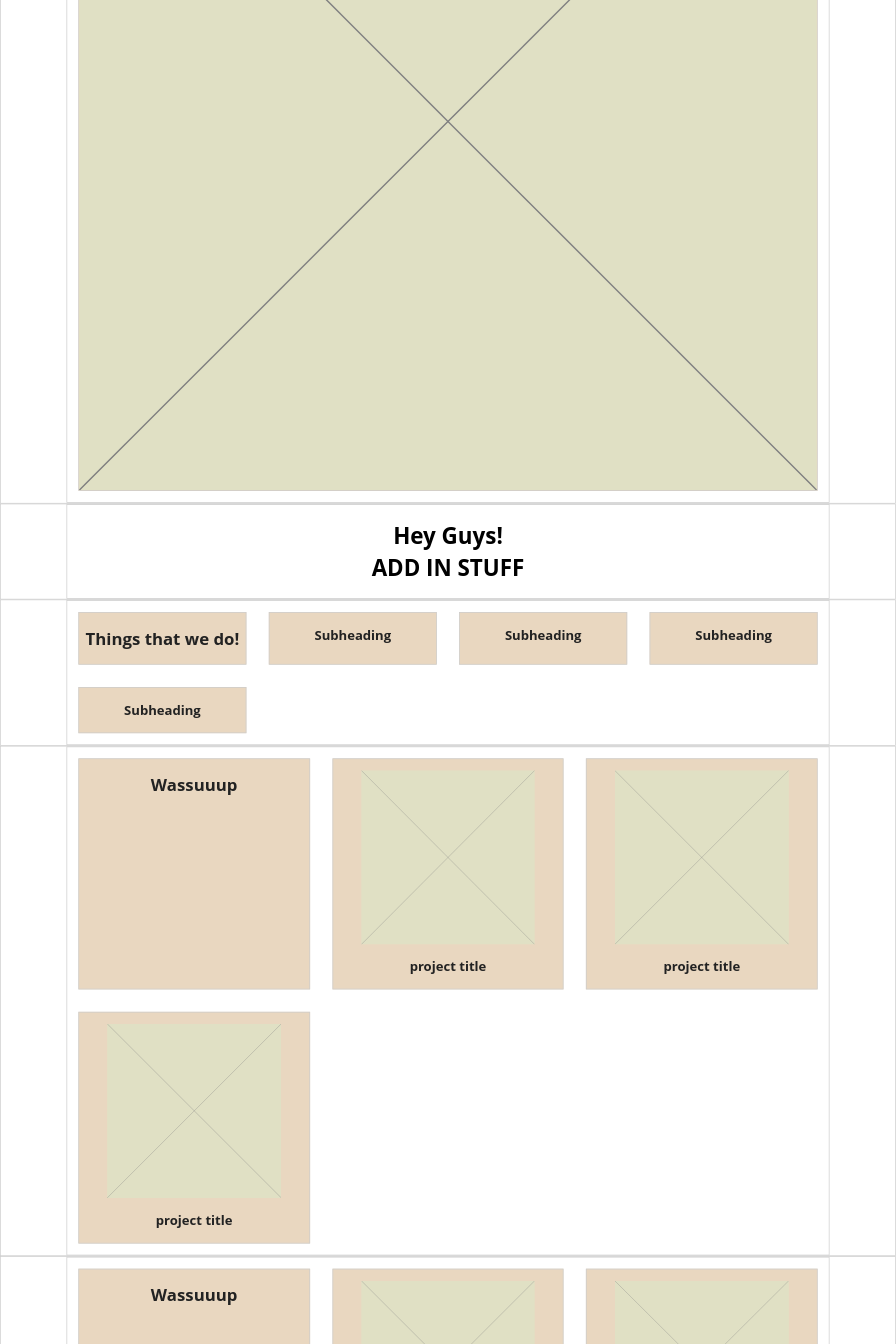
Repository: eilidhma/metrolics
Page: index.html
An editor plug-in stored every save of this project. The page is shown before and after the next save, followed by the edit.
The browser window is 1280 px wide. The pictures show the part of the page from y = 399 to 2319 px (the page is 3907 px tall), at 70% of full size.

Above is the page before, as saved 2021-02-02 17:33:16.

### index.html
<!doctype html>
<html class="no-js" lang="en">

<head>
  <meta charset="utf-8">
  <title>Metrolics</title>
  <meta name="description" content="">
  <meta name="viewport" content="width=device-width, initial-scale=1">

  <meta property="og:title" content="">
  <meta property="og:type" content="">
  <meta property="og:url" content="">
  <meta property="og:image" content="">

  <link rel="manifest" href="site.webmanifest">
  <link rel="apple-touch-icon" href="icon.png">
  <!-- Place favicon.ico in the root directory -->

  <link rel="stylesheet" href="css/normalize.css">
  <link rel="stylesheet" href="css/main.css">

  <meta name="theme-color" content="#fafafa">
</head>

<!--
<body class="page__home">
  <header class="page__header">
    <div class="page__title">
      <h1 class="large__headings">Metrolics</h1>
      <img src="" alt="metrolics__logo" class="header__icon">
    </div>
    <nav class="page__navigation">
      <ul class="navigation__section">
        <li class="navigation_items">
          <img src="" alt="home__icon" class="nav__icons">
          <p class="nav__titles">Home</p>
        </li>
        <li class="navigation_items">
          <img src="" alt="pages__icon" class="nav__icons">
          <p class="nav__titles">Pages</p>
        </li>
        <li class="navigation_items">
          <img src="" alt="blog__icon" class="nav__icons">
          <p class="nav__titles">Blog</p>
        </li>
        <li class="navigation_items">
          <img src="" alt="portfolio__icon" class="nav__icons">
          <p class="nav__titles">Portfolio</p>
        </li>
        <li class="navigation_items">
          <img src="" alt="mail__icon" class="nav__icons">
          <p class="nav__titles">Home</p>
        </li>
      </ul>
    </nav>
  </header>

  <section class="hero__section">
    <img src="" alt="hero__images">
    <ul class="hero__headings">
      <li>
        <div class="hero__headings__colour1"></div>
        <h2 class="medium__headings">Metro Style</h2>
      </li>
      <li>
        <div class="hero__headings__colour2"></div>
        <h2 class="medium__headings">Retina Ready</h2>
      </li>
      <li>
        <div class="hero__headings__colour3"></div>
        <h2 class="medium__headings">Responsive Design</h2>
      </li>
    </ul>
    <a class="prev" onclick="">
      <img src="" alt="previous button" class="prev__icon">
    </a>
    <a class="next" onclick="">
      <img src="" alt="next button" class="next__icon">
    </a>
  </section>

  <main class="page__main">
    <div class="page__intro">
      <div class="row">
        <h1 class="large__headings">Hey guys! This is the Metrolics theme. <br>
        It sports a responsive layout with a mobile layout.</h1>
      </div>
    </div>
    <section class="main__content__four__columns">
      <h2 class="medium__headings">Things That We Do</h2>
      <p class="main__text">Ask us what we can do for you</p>
      <div class="four__column__item">
        <img src="" alt="icon" class="four__column__icon">
        <h3 class="four__column__headers">Web Solutions</h3>
        <p class="main__text">"Lorem ipsum dolor sit amet, consectetur adipiscing elit, sed do eiusmod tempor incididunt ut labore et dolore magna aliqua. Ut enim ad minim veniam, quis nostrud exercitation ullamco laboris nisi ut aliquip ex ea commodo consequat."Lorem ipsum dolor sit amet, consectetur adipiscing elit, sed do eiusmod tempor incididunt ut labore et dolore magna aliqua. Ut enim ad minim veniam, quis nostrud exercitation ullamco laboris nisi ut aliquip ex ea commodo consequat.</p>
      </div>
      <div class="four__column__item">
        <img src="" alt="icon" class="four__column__icon">
        <h3 class="four__column__headers">Photography</h3>
        <p class="main__text">"Lorem ipsum dolor sit amet, consectetur adipiscing elit, sed do eiusmod tempor incididunt ut labore et dolore magna aliqua. Ut enim ad minim veniam, quis nostrud exercitation ullamco laboris nisi ut aliquip ex ea commodo consequat."Lorem ipsum dolor sit amet, consectetur adipiscing elit, sed do eiusmod tempor incididunt ut labore et dolore magna aliqua. Ut enim ad minim veniam, quis nostrud exercitation ullamco laboris nisi ut aliquip ex ea commodo consequat.</p>
      </div>
      <div class="four__column__item">
        <img src="" alt="icon" class="four__column__icon">
        <h3 class="four__column__headers">Web Development</h3>
        <p class="main__text">"Lorem ipsum dolor sit amet, consectetur adipiscing elit, sed do eiusmod tempor incididunt ut labore et dolore magna aliqua. Ut enim ad minim veniam, quis nostrud exercitation ullamco laboris nisi ut aliquip ex ea commodo consequat."Lorem ipsum dolor sit amet, consectetur adipiscing elit, sed do eiusmod tempor incididunt ut labore et dolore magna aliqua. Ut enim ad minim veniam, quis nostrud exercitation ullamco laboris nisi ut aliquip ex ea commodo consequat.</p>
      </div>
      <div class="four__column__item">
        <img src="" alt="icon" class="four__column__icon">
        <h3 class="four__column__headers">Web Design</h3>
        <p class="main__text">"Lorem ipsum dolor sit amet, consectetur adipiscing elit, sed do eiusmod tempor incididunt ut labore et dolore magna aliqua. Ut enim ad minim veniam, quis nostrud exercitation ullamco laboris nisi ut aliquip ex ea commodo consequat."Lorem ipsum dolor sit amet, consectetur adipiscing elit, sed do eiusmod tempor incididunt ut labore et dolore magna aliqua. Ut enim ad minim veniam, quis nostrud exercitation ullamco laboris nisi ut aliquip ex ea commodo consequat.</p>
      </div>
    </section>

    <h2 class="medium__headings">What's Up Lately?</h2>
    <p class="main__text">Read up on our latest work</p>

    <section class="main__content__three__columns">
      <div class="three__column__item">
        <img src="" alt="image" class="content__image">
        <div class="corner__content">
          <h3 class="three__column__headers">29</h3>
          <h6 class="subtext">Nov, 2013</h6>
        <div class="content__caption">
          <h3 class="content__title">Sample Image Post</h3>
          <p class="content__text">Photography</p>
        </div>
        </div>
      </div>
      <div class="three__column__item">
        <img src="" alt="image" class="content__image">
        <div class="corner__content">
          <h3 class="three__column__headers">29</h3>
          <h6 class="subtext">Nov, 2013</h6>
        </div>
        <div class="content__caption">
          <h3 class="content__title">Sample Image Post</h3>
          <p class="content__text">Photography</p>
        </div>
      </div>
      <div class="three__column__item">
        <img src="" alt="image" class="content__image">
        <div class="corner__content">
          <h3 class="three__column__headers">29</h3>
          <h6 class="subtext">Nov, 2013</h6>
        </div>
        <div class="content__caption">
          <h3 class="content__title">Sample Image Post</h3>
          <p class="content__text">Photography</p>
        </div>
      </div>
    </section>

   <hr>

    <h2 class="medium__headings">Our Latest Projects</h2>
    <p class="main__text">Client happy? We are happy</p>

    <section class="main__content__six__columns">
      <div class="six__column__item">
        <img src="" alt="image" class="content__image">
        <div class="content__caption">
          <h3 class="content__title">Sample Image Post</h3>
          <p class="content__text">Photography</p>
        </div>
      </div>
      <div class="six__column__item">
        <div class="content__caption">
          <h3 class="content__title">Sample Image Post</h3>
          <p class="content__text">Photography</p>
        </div>
      </div>
      <div class="six__column__item">
        <div class="content__caption">
          <h3 class="content__title">Sample Image Post</h3>
          <p class="content__text">Photography</p>
        </div>
      </div>
      <div class="six__column__item">
        <div class="content__caption">
          <h3 class="content__title">Sample Image Post</h3>
          <p class="content__text">Photography</p>
        </div>
      </div>
      <div class="six__column__item">
        <div class="content__caption">
          <h3 class="content__title">Sample Image Post</h3>
          <p class="content__text">Photography</p>
        </div>
      </div>
      <div class="six__column__item">
        <div class="content__caption">
          <h3 class="content__title">Sample Image Post</h3>
          <p class="content__text">Photography</p>
        </div>
      </div>
    </section>

    <h2 class="medium__headings">Thingsofabove</h2>
    <p class="main__text">Misc stuff we could not put anywhere else</p>

    <section class="detailed_content">
      <div class="menus">
        <details class="menus__items">
          <summary class="menu__titles">Sample Accordion Menu</summary>
          <img src="" alt="menu item icon" class="menu__icons">
          <h4 class="menu__content__titles">Web Solution</h4>
          <p class="menu__content__text">"Lorem ipsum dolor sit amet, consectetur adipiscing elit, sed do eiusmod tempor incididunt ut labore et dolore magna aliqua. Ut enim ad minim veniam, quis nostrud exercitation ullamco laboris nisi ut aliquip ex ea commodo consequat."Lorem ipsum dolor sit amet, consectetur adipiscing elit, sed do eiusmod tempor incididunt ut labore et dolore magna aliqua. Ut enim ad minim veniam, quis nostrud exercitation ullamco laboris nisi ut aliquip ex ea commodo consequat.</p>
        </details>
        <details class="menus__items">
          <summary class="menu__titles">Sample Accordion Menu 2</summary>
          <img src="" alt="menu item icon" class="menu__icons">
          <h4 class="menu__content__titles"></h4>
          <p class="menu__content__text"></p>
        </details>
        <details class="menus__items">
          <summary class="menu__titles">Sample Accordion Menu 3</summary>
          <img src="" alt="menu item icon" class="menu__icons">
          <h4 class="menu__content__titles"></h4>
          <p class="menu__content__text"></p>
        </details>
      </div>
      <div class="tabs">
        <nav class="tab__nav">
          <button class="tab__buttons" onclick="">Tab1</button>
          <button class="tab__buttons" onclick="">Tab2</button>
          <button class="tab__buttons" onclick="">Tab3</button>
        </nav>
        <div class="tab__content">
          <div class="tab__items">
            <img src="" alt="icon" class="tab__icons">
            <p class="tab__text">"Lorem ipsum dolor sit amet, consectetur adipiscing elit, sed do eiusmod tempor incididunt ut labore et dolore magna aliqua. Ut enim ad minim veniam, quis nostrud exercitation ullamco laboris nisi ut aliquip ex ea commodo consequat. </p>
          </div>
          <div class="tab__items">
            <img src="" alt="icon" class="tab__icons">
            <p class="tab__text">"Lorem ipsum dolor sit amet, consectetur adipiscing elit, sed do eiusmod tempor incididunt ut labore et dolore magna aliqua. Ut enim ad minim veniam, quis nostrud exercitation ullamco laboris nisi ut aliquip ex ea commodo consequat. </p>
          </div>
          <div class="tab__items">
            <img src="" alt="icon" class="tab__icons">
            <p class="tab__text">"Lorem ipsum dolor sit amet, consectetur adipiscing elit, sed do eiusmod tempor incididunt ut labore et dolore magna aliqua. Ut enim ad minim veniam, quis nostrud exercitation ullamco laboris nisi ut aliquip ex ea commodo consequat. </p>
          </div>
          <div class="tab__items">
            <img src="" alt="icon" class="tab__icons">
            <p class="tab__text">"Lorem ipsum dolor sit amet, consectetur adipiscing elit, sed do eiusmod tempor incididunt ut labore et dolore magna aliqua. Ut enim ad minim veniam, quis nostrud exercitation ullamco laboris nisi ut aliquip ex ea commodo consequat. </p>
          </div>
        </div>
      </div>
    <article class="brand_ads">
      <img src="" alt="image" class="brand__images">
      <img src="" alt="image" class="brand__images">
      <img src="" alt="image" class="brand__images">
      <img src="" alt="image" class="brand__images">
      <img src="" alt="image" class="brand__images">
    </article>
    </section>
  </main>

  <footer class="footer">
    <section class="footer__top">
      <img src="" alt="image" class="footer__top__image">
      <div>
        <h5 class="footer__top__title">Peewee Herman</h5>
        <p class="footer__top__text">Peewee has over 10 years experience in the industry. He is our Creative Director, digital designer, web designer and front-end developer. He is also pretty good with a sketch-book. Before starting the company Peewee worked as a designer and studio manager for a design house who boasted a number of big name clients.</p>
      </div>
    </section>

    <hr>

    <section class="footer__main">
      <div class="footer__main__content">
        <h3 class="content__title">About Us</h3>
        <hr>
        <p class="footer__text"></p>
        <div class="footer__icons__container">
          <img src="" alt="icon" class="footer__icons">
          <img src="" alt="icon" class="footer__icons">
          <img src="" alt="icon" class="footer__icons">
          <img src="" alt="icon" class="footer__icons">
          <img src="" alt="icon" class="footer__icons">
        </div>
      </div>
      <div class="footer__main__content">
        <h3 class="content__title">Flickr Photos</h3>
        <hr>
        <div class="footer__images__container">
          <img src="" alt="image" class="footer__images">
          <img src="" alt="image" class="footer__images">
          <img src="" alt="image" class="footer__images">
          <img src="" alt="image" class="footer__images">
          <img src="" alt="image" class="footer__images">
          <img src="" alt="image" class="footer__images">
        </div>
      </div>
      <div class="footer__main__content">
        <h3 class="content__title">Recent Tweets</h3>
        <hr>
        <div class="footer__sub__content">
          <img src="" alt="icon" class="footer__sub__content__icons">
          <p class="footer__text"></p>
        </div>
      </div>
      <div class="footer__main__content">
        <h3 class="content__title">Newsletter</h3>
        <hr>
        <p class="footer__text"></p>
        <div class="email">
          <input type="email" class="email__input">
          <button class="email__send"></button>
        </div>
      </div>
    </section>

    <section class="footer__bottom">
      <div class="footer__bottom__item"></div>
      <div class="footer__bottom__item"></div>
      <div class="footer__bottom__item"></div>
      <div class="footer__bottom__item"></div>
      <div class="footer__bottom__item"></div>
    </section>
  </footer> -->

  <!-- <script src="js/vendor/modernizr-3.11.2.min.js"></script>
  <script src="js/plugins.js"></script>
  <script src="js/main.js"></script>

  <!-- Google Analytics: change UA-XXXXX-Y to be your site's ID. -->
  <!-- <script>
    window.ga = function () { ga.q.push(arguments) }; ga.q = []; ga.l = +new Date;
    ga('create', 'UA-XXXXX-Y', 'auto'); ga('set', 'anonymizeIp', true); ga('set', 'transport', 'beacon'); ga('send', 'pageview')
  </script>
  <script src="https://www.google-analytics.com/analytics.js" async></script>
</body> --> -->

<body class="page page-home">
  <header class="page__header">
    <div class="row"></div>
  </header>

  <div class="page__slider">
    <div class="row">
      <div class="column">
        <img src="img/placeholder.svg" alt="slider placeholder">
      </div>
    </div>
  </div>

  <div class="page__intro">
    <div class="row">
      <h1 class="heading">
      Hey Guys! <br>
      ADD IN STUFF
      </h1>
    </div>
  </div>

  <section class="about">
    <div class="row l-col-4">
      <div class="column">
        <h2 class="heading">
          Things that we do!
        </h2>
      </div>
      <div class="column">
        <h3 class="heading">Subheading</h3>
      </div>
      <div class="column">
        <h3 class="heading">Subheading</h3>
      </div>
      <div class="column">
        <h3 class="heading">Subheading</h3>
      </div>
      <div class="column">
        <h3 class="heading">Subheading</h3>
      </div>
    </div>
  </section>

  <section class="projects--new">
    <div class="row m-col-2 l-col-3">
      <div class="column">
        <h2 class="heading">
          Wassuuup
        </h2>
      </div>
      <div class="column">
        <figure class="project">
          <img src="img/placeholder.svg" alt="placeholder">
          <figcaption class="project__caption">
            <h3 class="heading">project title</h3>
          </figcaption>
        </figure>
      </div>
      <div class="column">
        <figure class="project">
          <img src="img/placeholder.svg" alt="placeholder">
          <figcaption class="project__caption">
            <h3 class="heading">project title</h3>
          </figcaption>
        </figure>
      </div>
      <div class="column">
        <figure class="project">
          <img src="img/placeholder.svg" alt="placeholder">
          <figcaption class="project__caption">
            <h3 class="heading">project title</h3>
          </figcaption>
        </figure>
      </div> <!-- project column ends here -->
    </div>
  </section> <!-- projects-new ends here -->

  <section class="projects">
    <div class="row m-col-2 l-col-3">
      <div class="column">
        <h2 class="heading">
          Wassuuup
        </h2>
      </div>
      <div class="column">
        <figure class="project">
          <img src="img/placeholder.svg" alt="placeholder">
          <figcaption class="project__caption">
            <h3 class="heading">project title</h3>
          </figcaption>
        </figure>
      </div>
      <div class="column">
        <figure class="project">
          <img src="img/placeholder.svg" alt="placeholder">
          <figcaption class="project__caption">
            <h3 class="heading">project title</h3>
          </figcaption>
        </figure>
      </div>
      <div class="column">
        <figure class="project">
          <img src="img/placeholder.svg" alt="placeholder">
          <figcaption class="project__caption">
            <h3 class="heading">project title</h3>
          </figcaption>
        </figure>
      </div>
      <div class="column">
        <figure class="project">
          <img src="img/placeholder.svg" alt="placeholder">
          <figcaption class="project__caption">
            <h3 class="heading">project title</h3>
          </figcaption>
        </figure>
      </div>
      <div class="column">
        <figure class="project">
          <img src="img/placeholder.svg" alt="placeholder">
          <figcaption class="project__caption">
            <h3 class="heading">project title</h3>
          </figcaption>
        </figure>
      </div>
      <div class="column">
        <figure class="project">
          <img src="img/placeholder.svg" alt="placeholder">
          <figcaption class="project__caption">
            <h3 class="heading">project title</h3>
          </figcaption>
        </figure>
      </div>
    </div>
  </section> <!-- projects-new ends here -->

  <section class="thingsofabove">
    <div class="row l-col-2">
      <div class="column">
        <h2 class="heading">
          Things of above
        </h2>
      </div>
      <div class="column">
        <p>GUI element here</p>
      </div>
      <div class="column">
        <p>GUI element here</p>
      </div>
    </div>
  </section>

  <div class="sponsors">
    <div class="row m-col-5">
      <div class="column">
        <img src="img/placeholder.svg" alt="sponsor placeholder">
      </div>
      <div class="column">
        <img src="img/placeholder.svg" alt="sponsor placeholder">
      </div>
      <div class="column">
        <img src="img/placeholder.svg" alt="sponsor placeholder">
      </div>
      <div class="column">
        <img src="img/placeholder.svg" alt="sponsor placeholder">
      </div>
    </div>
  </div>

  <footer class="page__footer">
    <div class="row m-col-2 l-col-4">
      <div class="page__footer__intro column">
        <h3 class="heading">
          Peeww Herman intro
        </h3>
      </div>
      <div class="column">
        <h4 class="heading">
          footer subheading
        </h4>
      </div>
      <div class="column">
        <h4 class="heading">
          footer subheading
        </h4>
      </div>
      <div class="column">
        <h4 class="heading">
          footer subheading
        </h4>
      </div>
      <div class="column">
        <h4 class="heading">
          footer subheading
        </h4>
      </div>
    </div>
  </footer>

  <script src="js/vendor/modernizr-3.11.2.min.js"></script>
  <script src="js/plugins.js"></script>
  <script src="js/main.js"></script>

  <!-- Google Analytics: change UA-XXXXX-Y to be your site's ID. -->
  <script>
    window.ga = function () { ga.q.push(arguments) }; ga.q = []; ga.l = +new Date;
    ga('create', 'UA-XXXXX-Y', 'auto'); ga('set', 'anonymizeIp', true); ga('set', 'transport', 'beacon'); ga('send', 'pageview')
  </script>
  <script src="https://www.google-analytics.com/analytics.js" async></script>

</body>


</html>

Loaded but not shown: css/normalize.css (library); js/vendor/modernizr-3.11.2.min.js (library); js/plugins.js (24 lines, source omitted); css/main.css (355 lines, source omitted); js/main.js (no copy from this time; the picture is the same without it)

After the next save:
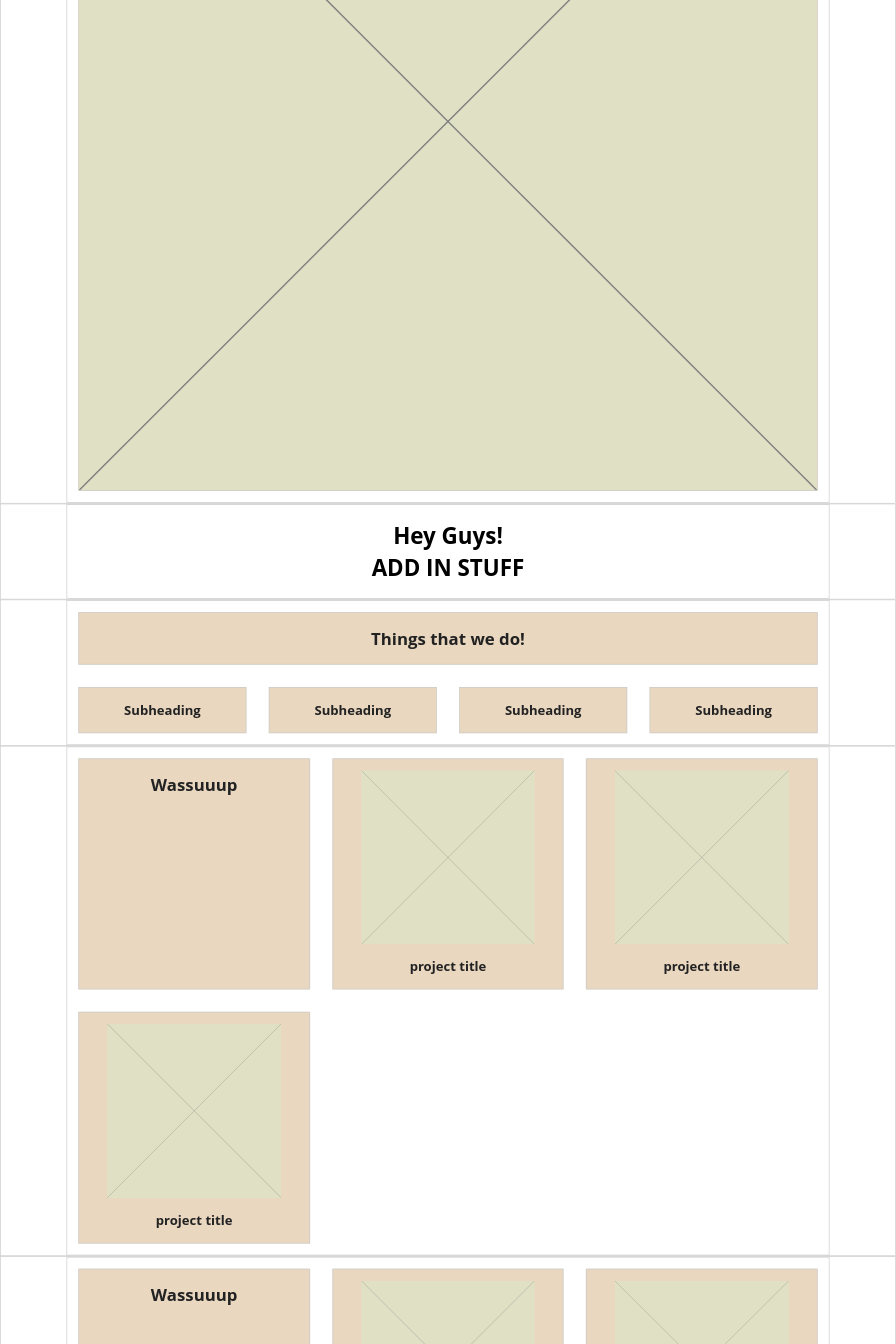
Saved 118 s later.
--- a/index.html
+++ b/index.html
@@ -354,7 +354,7 @@
 
   <section class="about">
     <div class="row l-col-4">
-      <div class="column">
+      <div class="column span-full">
         <h2 class="heading">
           Things that we do!
         </h2>
